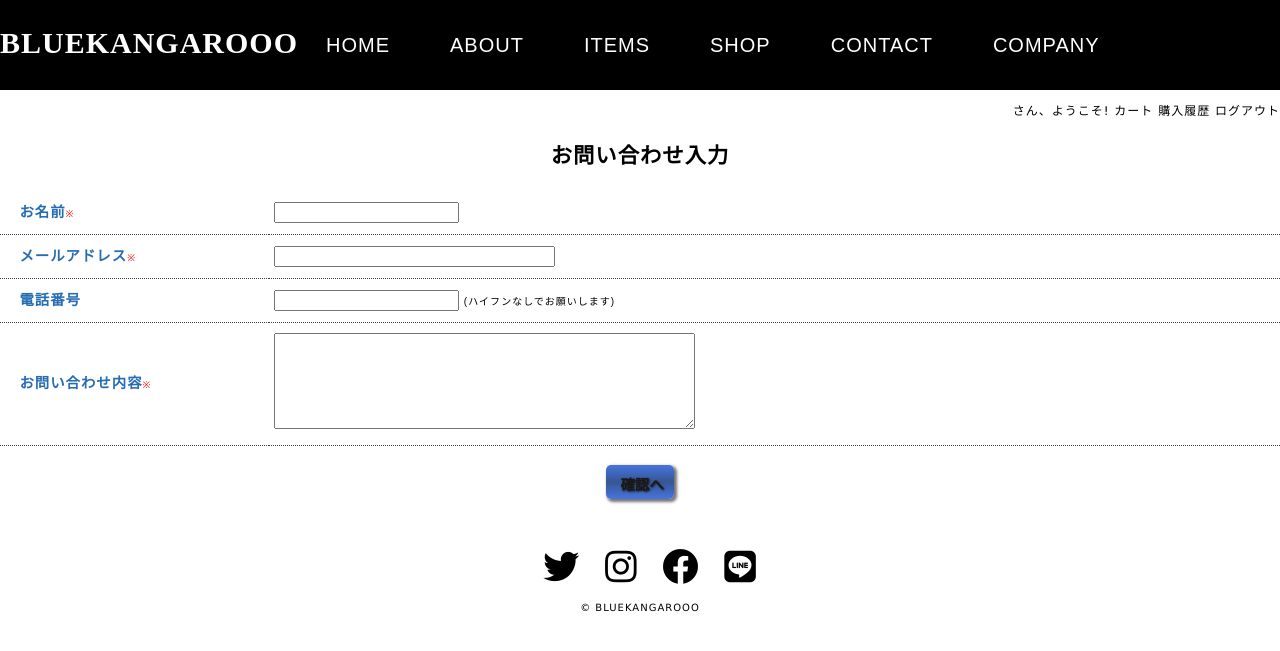
Repository: xiezom/test
Page: http://localhost/ecsite/contact.jsp
An editor plug-in stored every save of this project. The page is shown before and after the next save, followed by the edit.
The browser window is 1280 px wide. The pictures show the whole page.
Some web libraries are served in a nearby version. The page is served by Tomcat 9.

Above is the page before, as saved 2019-03-29 06:12:42.

After the next save:
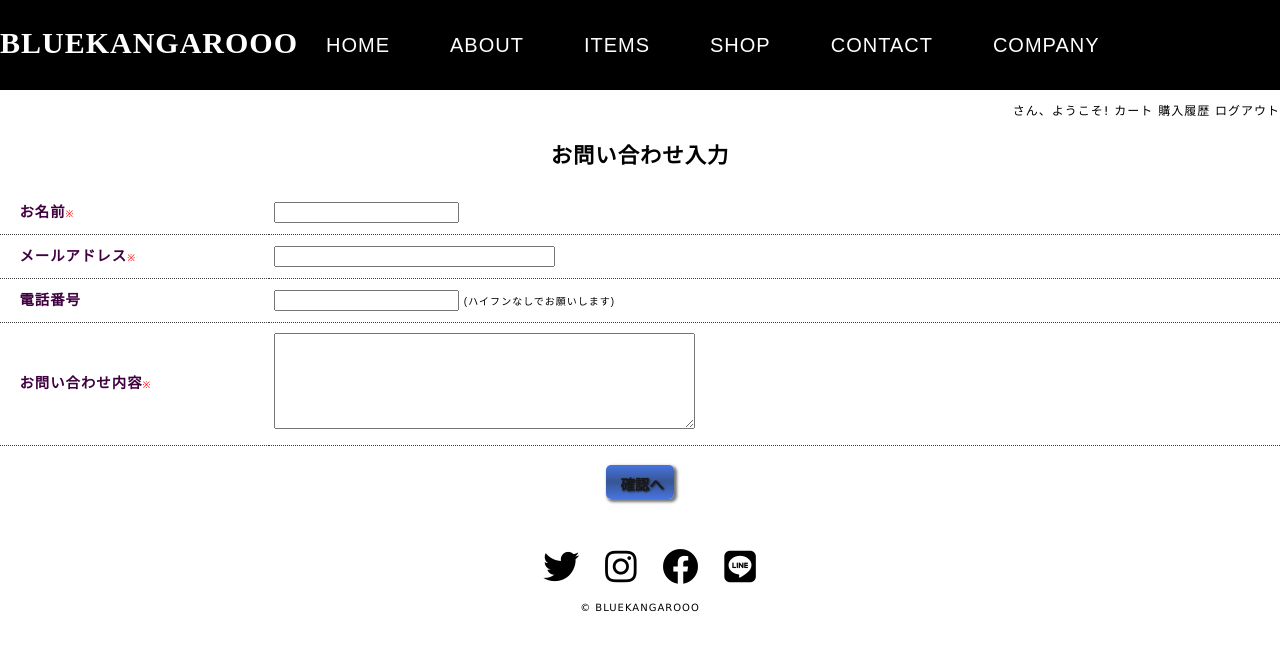
Saved 38 s later.
--- a/ecsite/WebContent/css/contact.css
+++ b/ecsite/WebContent/css/contact.css
@@ -122,7 +122,7 @@
 			text-align: right;
 		}
 		table.Tbl td:first-child {
-			color: #266CB5;
+			color: #400040;
 			padding: 10px 0 10px 5px;;
 			width: 20%;
 			font-weight: bold;
